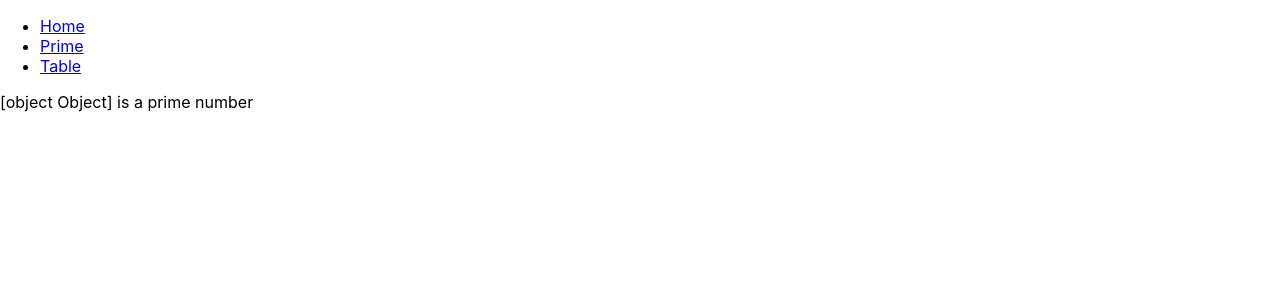
Repository: mandahos/prime-pop
Page: /prime
The author's editor kept a copy of each file at every save. The page is drawn from the files as they stood at one save, then again after a run of saves.
The browser window is 1280 px wide. The pictures show the whole page.
The project was rebuilt for these pictures with package versions that can differ from the ones it lists, and the page was loaded fresh each time. Also part of the build but not shown: src/App.css, src/App.js, src/Pages/Home.js, src/Pages/Table.js.

Above is the page before, as saved 2022-09-28 22:26:32.

After the next 2 saves:
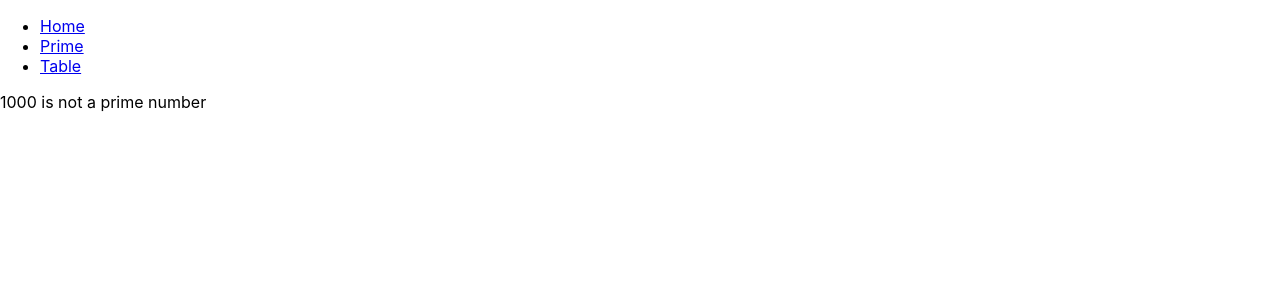
The 2 saves are shown as one change because 1 did not build or start.
The last was saved 66 s later.
--- a/src/Pages/Prime.js
+++ b/src/Pages/Prime.js
@@ -1,9 +1,8 @@
 import React from "react";
 
-function Prime(n){
+function Prime(){
     //prime 1-1000 written
-    if(n < 2)
-    return `${n} is not a prime`
+    var n = 1000;
 
    for (let i= 2; i < n; i++) {
     if(n % i === 0) {
